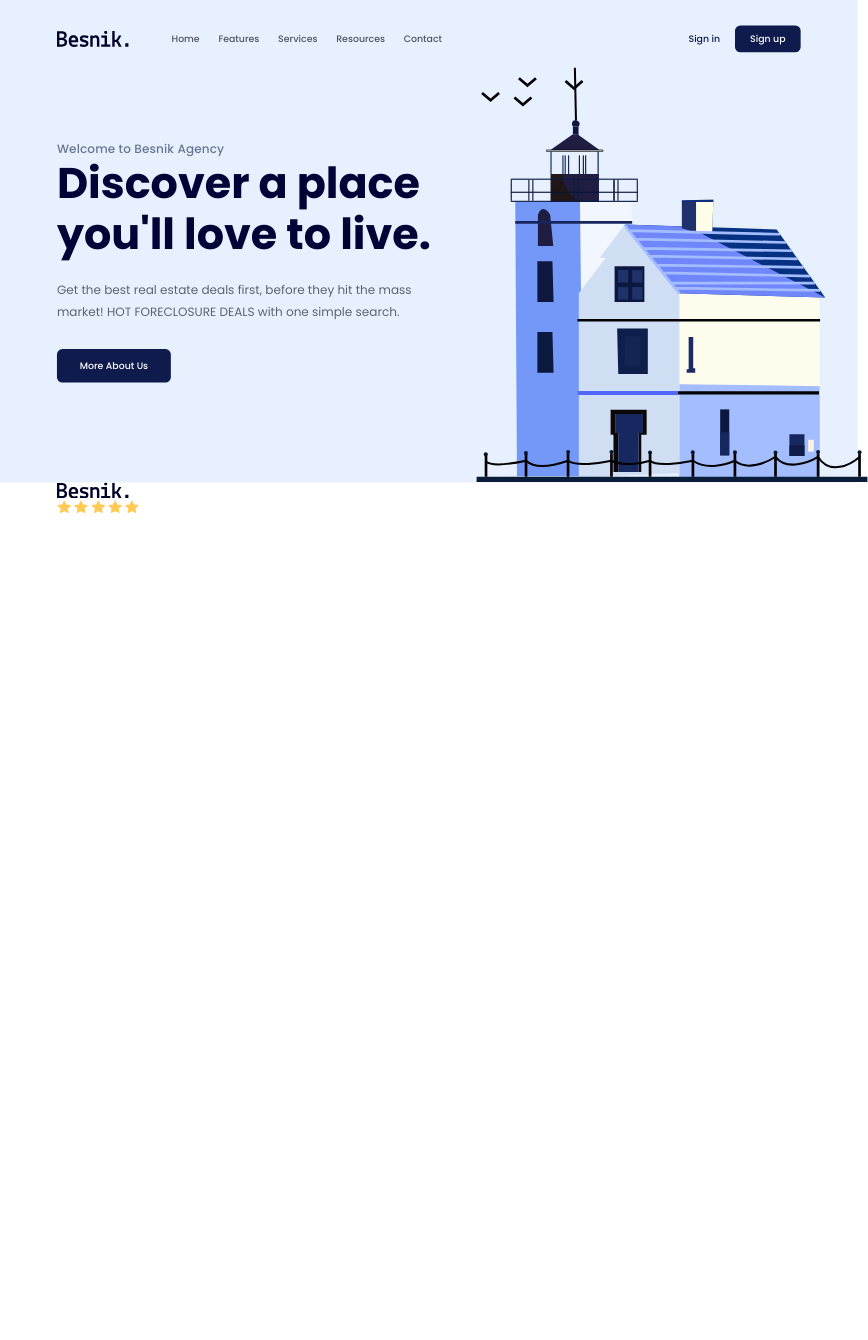
Repository: vancong171001/f8-html-css-01
Page: index.html
The author's editor kept a copy of each file at every save. The page is drawn from the files as they stood at one save, then again after a run of saves.
The browser window is 1280 px wide. The page is 1295 px wide, so the pictures cover 1295 px, including what lies to the right of the window. The pictures show the whole page, at 67% of full size.

Above is the page before, as saved 2025-02-20 10:41:23.

### index.html
<!DOCTYPE html>
<html lang="en">
  <head>
    <meta charset="UTF-8" />
    <meta name="viewport" content="width=device-width, initial-scale=1.0" />
    <title>Project 01</title>
    <link rel="stylesheet" href="./assets/css/reset.css" />

    <!-- <link rel="preconnect" href="https://fonts.googleapis.com">
  <link rel="preconnect" href="https://fonts.gstatic.com" crossorigin>
  <link
    href="https://fonts.googleapis.com/css2?family=Poppins:wght@400;500;600;700&family=Roboto:ital,wght@0,100;0,300;0,400;0,500;0,700;0,900;1,100;1,300;1,400;1,500;1,700;1,900&display=swap"
    rel="stylesheet"> -->

    <link rel="stylesheet" href="./assets/fonts/stylesheet.css" />
    <link rel="stylesheet" href="./assets/css/styles.css" />
  </head>

  <body>
    <main style="height: 2000px;">
      <!-- Header -->
      <header class="header">
        <div class="content">
          <nav class="navbar">
            <!-- Logo -->
            <img src="./assets/img/logo.svg" alt="Besnik." />

            <!-- Navigation -->
            <ul>
              <li><a href="#!">Home</a></li>
              <li><a href="#!">Features</a></li>
              <li><a href="#!">Services</a></li>
              <li><a href="#!">Resources</a></li>
              <li><a href="#!">Contact</a></li>
            </ul>

            <!-- Action -->
            <div class="action">
              <a href="#!" class="action-link">Sign in</a>
              <a href="#!" class="btn action-btn">Sign up</a>
            </div>
          </nav>

          <div class="hero">
            <div class="info">
              <p class="sub-title">Welcome to Besnik Agency</p>
              <h1 class="title">Discover a place you'll love to live.</h1>
              <p class="desc">
                Get the best real estate deals first, before they hit the mass
                market! HOT FORECLOSURE DEALS with one simple search.
              </p>
              <a href="#!" class="btn hero-cta">More About Us</a>
            </div>

            <img
              src="./assets/img/hero-img.svg"
              alt="Discover a place you'll love to live."
              class="hero-img"
            />
          </div>
        </div>
      </header>

      <!-- Clients -->
      <div class="clients">
        <div class="content">
          <div class="row">
            <!-- Logo -->
            <img src="./assets/img/logo.svg" alt="Besnik.">

            <!-- Stars -->
            <div class="stars">
              <img src="./assets/img/star.svg" alt="Star">
              <img src="./assets/img/star.svg" alt="Star">
              <img src="./assets/img/star.svg" alt="Star">
              <img src="./assets/img/star.svg" alt="Star">
              <img src="./assets/img/star.svg" alt="Star">
            </div>
          </div>
        </div>
      </div>
    </main>
  </body>
</html>

### assets/fonts/stylesheet.css
/* =============== Poppins ================ */
@font-face {
  font-family: 'Poppins';
  src: url('Poppins/Poppins-BoldItalic.woff2') format('woff2'),
      url('Poppins/Poppins-BoldItalic.woff') format('woff');
  font-weight: bold;
  font-style: italic;
  font-display: swap;
}

@font-face {
  font-family: 'Poppins';
  src: url('Poppins/Poppins-ExtraBold.woff2') format('woff2'),
      url('Poppins/Poppins-ExtraBold.woff') format('woff');
  font-weight: bold;
  font-style: normal;
  font-display: swap;
}

@font-face {
  font-family: 'Poppins';
  src: url('Poppins/Poppins-ExtraBoldItalic.woff2') format('woff2'),
      url('Poppins/Poppins-ExtraBoldItalic.woff') format('woff');
  font-weight: bold;
  font-style: italic;
  font-display: swap;
}

@font-face {
  font-family: 'Poppins';
  src: url('Poppins/Poppins-Bold.woff2') format('woff2'),
      url('Poppins/Poppins-Bold.woff') format('woff');
  font-weight: bold;
  font-style: normal;
  font-display: swap;
}

@font-face {
  font-family: 'Poppins';
  src: url('Poppins/Poppins-Black.woff2') format('woff2'),
      url('Poppins/Poppins-Black.woff') format('woff');
  font-weight: 900;
  font-style: normal;
  font-display: swap;
}

@font-face {
  font-family: 'Poppins';
  src: url('Poppins/Poppins-BlackItalic.woff2') format('woff2'),
      url('Poppins/Poppins-BlackItalic.woff') format('woff');
  font-weight: 900;
  font-style: italic;
  font-display: swap;
}

@font-face {
  font-family: 'Poppins';
  src: url('Poppins/Poppins-ExtraLightItalic.woff2') format('woff2'),
      url('Poppins/Poppins-ExtraLightItalic.woff') format('woff');
  font-weight: 200;
  font-style: italic;
  font-display: swap;
}

@font-face {
  font-family: 'Poppins';
  src: url('Poppins/Poppins-Light.woff2') format('woff2'),
      url('Poppins/Poppins-Light.woff') format('woff');
  font-weight: 300;
  font-style: normal;
  font-display: swap;
}

@font-face {
  font-family: 'Poppins';
  src: url('Poppins/Poppins-Italic.woff2') format('woff2'),
      url('Poppins/Poppins-Italic.woff') format('woff');
  font-weight: normal;
  font-style: italic;
  font-display: swap;
}

@font-face {
  font-family: 'Poppins';
  src: url('Poppins/Poppins-LightItalic.woff2') format('woff2'),
      url('Poppins/Poppins-LightItalic.woff') format('woff');
  font-weight: 300;
  font-style: italic;
  font-display: swap;
}

@font-face {
  font-family: 'Poppins';
  src: url('Poppins/Poppins-Medium.woff2') format('woff2'),
      url('Poppins/Poppins-Medium.woff') format('woff');
  font-weight: 500;
  font-style: normal;
  font-display: swap;
}

@font-face {
  font-family: 'Poppins';
  src: url('Poppins/Poppins-ExtraLight.woff2') format('woff2'),
      url('Poppins/Poppins-ExtraLight.woff') format('woff');
  font-weight: 200;
  font-style: normal;
  font-display: swap;
}

@font-face {
  font-family: 'Poppins';
  src: url('Poppins/Poppins-MediumItalic.woff2') format('woff2'),
      url('Poppins/Poppins-MediumItalic.woff') format('woff');
  font-weight: 500;
  font-style: italic;
  font-display: swap;
}

@font-face {
  font-family: 'Poppins';
  src: url('Poppins/Poppins-SemiBold.woff2') format('woff2'),
      url('Poppins/Poppins-SemiBold.woff') format('woff');
  font-weight: 600;
  font-style: normal;
  font-display: swap;
}

@font-face {
  font-family: 'Poppins';
  src: url('Poppins/Poppins-ThinItalic.woff2') format('woff2'),
      url('Poppins/Poppins-ThinItalic.woff') format('woff');
  font-weight: 100;
  font-style: italic;
  font-display: swap;
}

@font-face {
  font-family: 'Poppins';
  src: url('Poppins/Poppins-SemiBoldItalic.woff2') format('woff2'),
      url('Poppins/Poppins-SemiBoldItalic.woff') format('woff');
  font-weight: 600;
  font-style: italic;
  font-display: swap;
}

@font-face {
  font-family: 'Poppins';
  src: url('Poppins/Poppins-Thin.woff2') format('woff2'),
      url('Poppins/Poppins-Thin.woff') format('woff');
  font-weight: 100;
  font-style: normal;
  font-display: swap;
}

@font-face {
  font-family: 'Poppins';
  src: url('Poppins/Poppins-Regular.woff2') format('woff2'),
      url('Poppins/Poppins-Regular.woff') format('woff');
  font-weight: normal;
  font-style: normal;
  font-display: swap;
}

### assets/css/styles.css
* {
  box-sizing: border-box;
}

:root {
  --primary-color: #0f1b4c;
}

html {
  font-size: 62.5%;
}

body {
  font-size: 1.6rem;
  font-family: "Poppins", "sans-serif";
}

/* Common */
a {
  text-decoration: none;
}

.content {
  width: 1110px;
  max-width: calc(100% - 48px);
  margin-left: auto;
  margin-right: auto;
}

.btn {
  display: inline-block;
  padding: 18px 16px;
  min-width: 98px;
  border-radius: 8px;
  background-color: var(--primary-color);
  font-weight: 500;
  font-size: 1.4rem;
  text-align: center;
  color: white;
}

.btn:hover {
  opacity: 0.9;
}

/* Header */
.header {
  background-color: #e6f0ff;
  height: 100vh;
  position: relative;
}

.navbar {
  display: flex;
  align-items: center;
  padding-top: 38px;
}

.navbar ul {
  display: flex;
  margin-left: 50px;
}

.navbar .action {
  margin-left: auto;
}

.navbar ul a {
  font-weight: 500;
  font-size: 1.4rem;
  color: #4f5361;
  padding: 8px 14px;
}

.navbar ul a:hover {
  text-decoration: underline;
}

.navbar .action-link {
  font-weight: 500;
  font-size: 1.4rem;
  color: var(--primary-color);
}

.navbar .action-btn {
  padding: 13px 16px;
  margin-left: 18px;
}

.hero {
  margin-top: 130px;
}

.hero .info {
  width: 51%;
}

.hero .sub-title {
  color: #687690;
  font-size: 1.8rem;
  font-weight: 500;
  line-height: 1.5;
  letter-spacing: 0.01em;
}

.hero .title {
  color: #000336;
  font-size: 6.4rem;
  font-weight: 700;
  line-height: 1.1875; /* 118.75% */
}

.hero .desc {
  color: #5a6473;
  font-size: 1.8rem;
  font-weight: 400;
  line-height: 1.78; /* 177.778% */
  margin-top: 30px;
}

.hero-cta {
  min-width: 170px;
  margin-top: 40px;
}

.hero-img {
  position: absolute;
  right: calc((100vw - 1110px) / 2 - 100px);
  bottom: 0;
}

/* ======== Client ======== */
.clients

Loaded but not shown: assets/css/reset.css (common file)

After the next 2 saves:
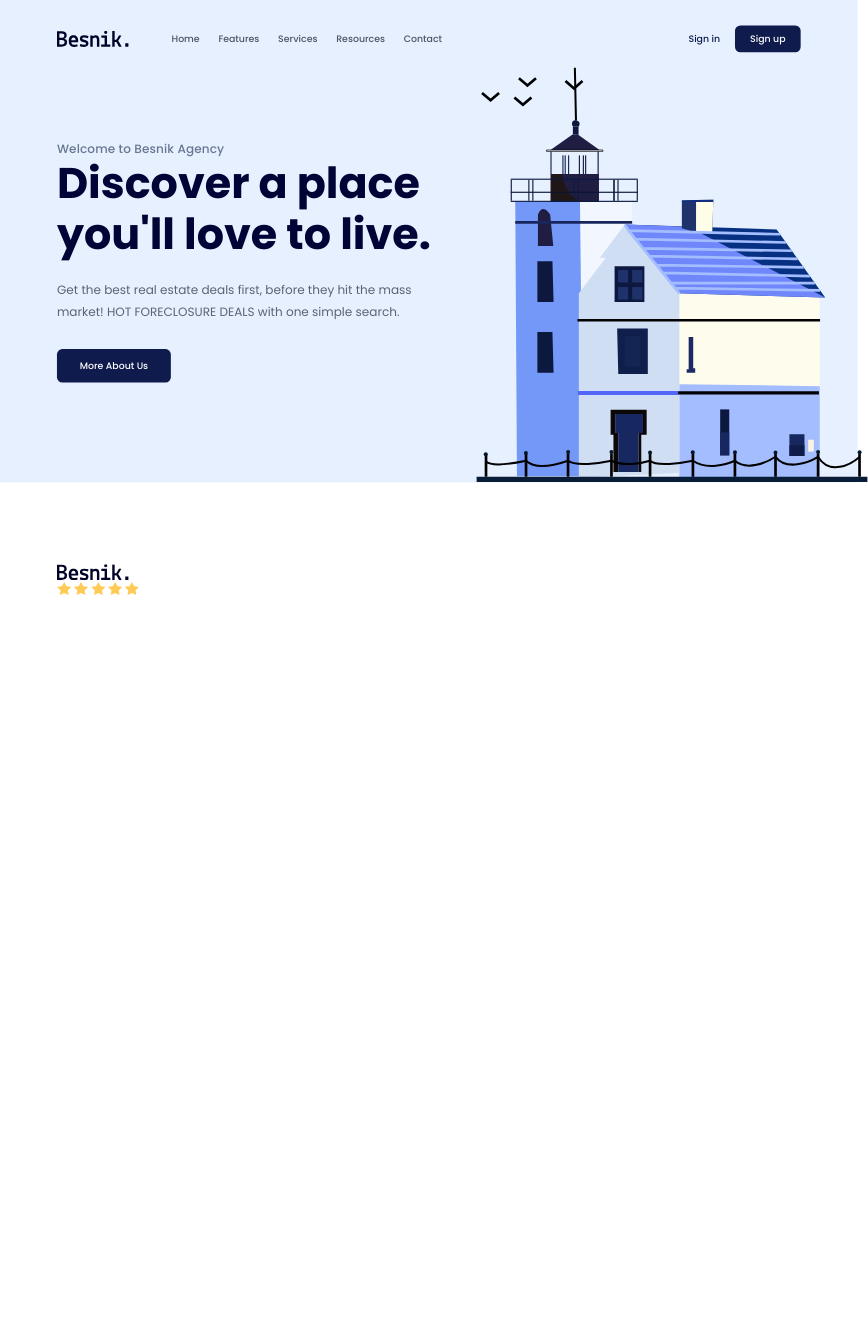
The 2 saves are shown as one change because they came seconds apart.
The last was saved 8 s later.
--- a/assets/css/styles.css
+++ b/assets/css/styles.css
@@ -130,4 +130,6 @@
 }
 
 /* ======== Client ======== */
-.clients
+.clients {
+  margin-top: 122px;
+}
